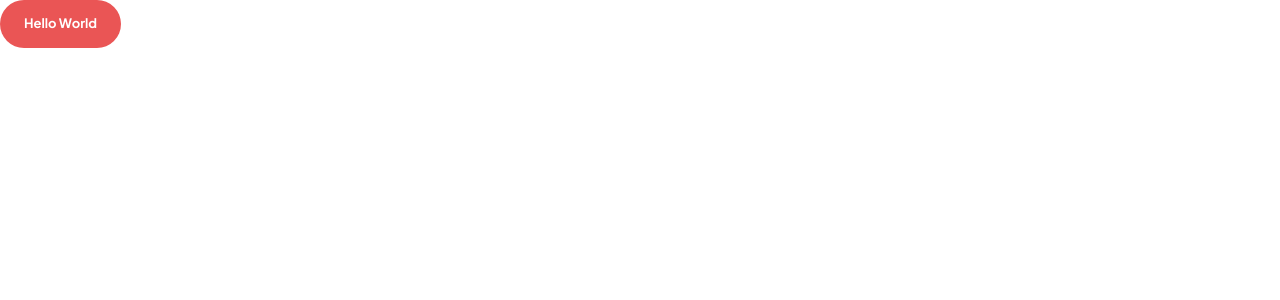
Repository: Baraajad231/Kanban-Board
Page: /
An editor plug-in stored every save of this project. The page is shown before and after a run of saves, followed by the edit.
The browser window is 1280 px wide. The pictures show the whole page.
The project was rebuilt for these pictures with package versions that can differ from the ones it lists, and the page was loaded fresh each time. Also part of the build but not shown: vite.config.js.

Above is the page before, as saved 2026-03-24 13:31:12.

After the next 2 saves:
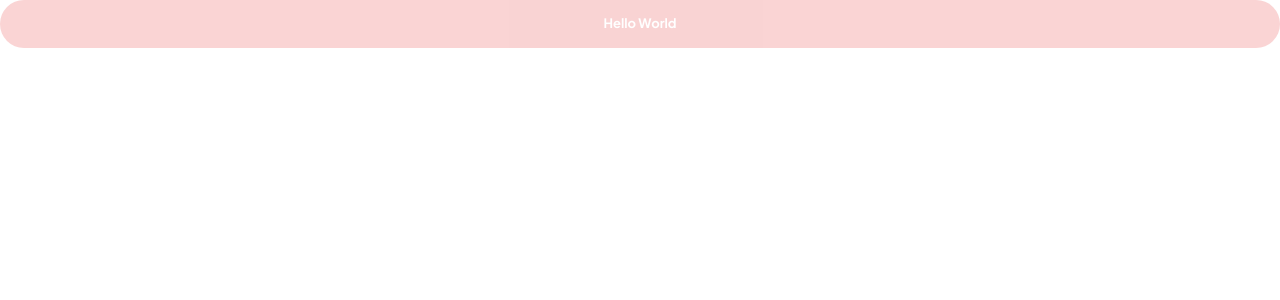
The 2 saves are shown as one change because they came seconds apart.
The last was saved 47 s later.
--- a/src/App.jsx
+++ b/src/App.jsx
@@ -3,7 +3,7 @@
 function App() {
   return (
     <div className="font-jakarta text-heading-xl text-main-purple ">
-      <Button variant="destructive" size="lg">
+      <Button variant="destructive" size="lg" isFullWidth isDisabled>
         Hello World
       </Button>
     </div>

After the save that followed:
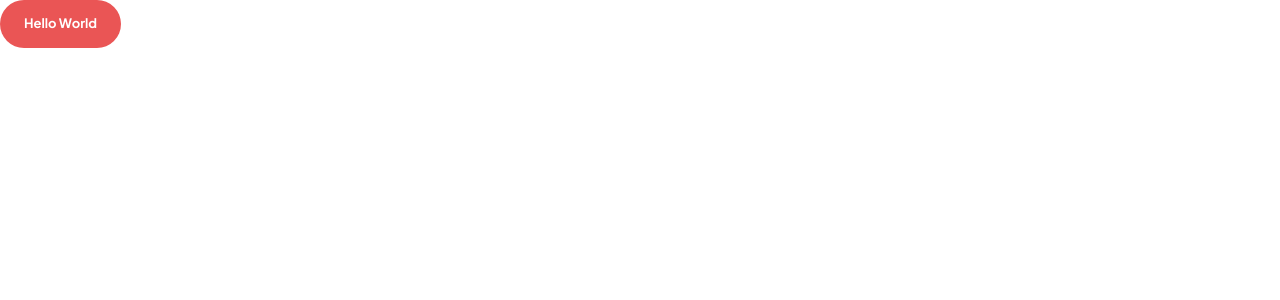
Saved 32 s later.
--- a/src/App.jsx
+++ b/src/App.jsx
@@ -3,7 +3,7 @@
 function App() {
   return (
     <div className="font-jakarta text-heading-xl text-main-purple ">
-      <Button variant="destructive" size="lg" isFullWidth isDisabled>
+      <Button variant="destructive" size="lg">
         Hello World
       </Button>
     </div>
